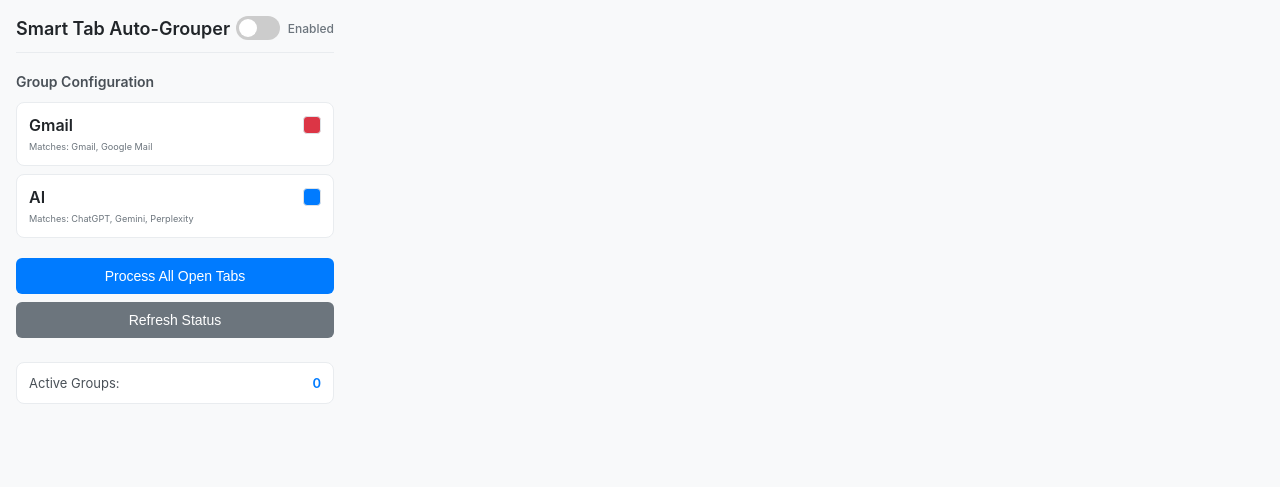
Repository: ZvonkoNS/smart-tab-grouper
Page: popup.html
These files come from the project's save history. The page is drawn as it stood at one moment and after the next save; the edit follows.
The browser window is 1280 px wide. The pictures show the whole page.

Above is the page before, as saved 2025-05-31 19:28:37.

After the next save:
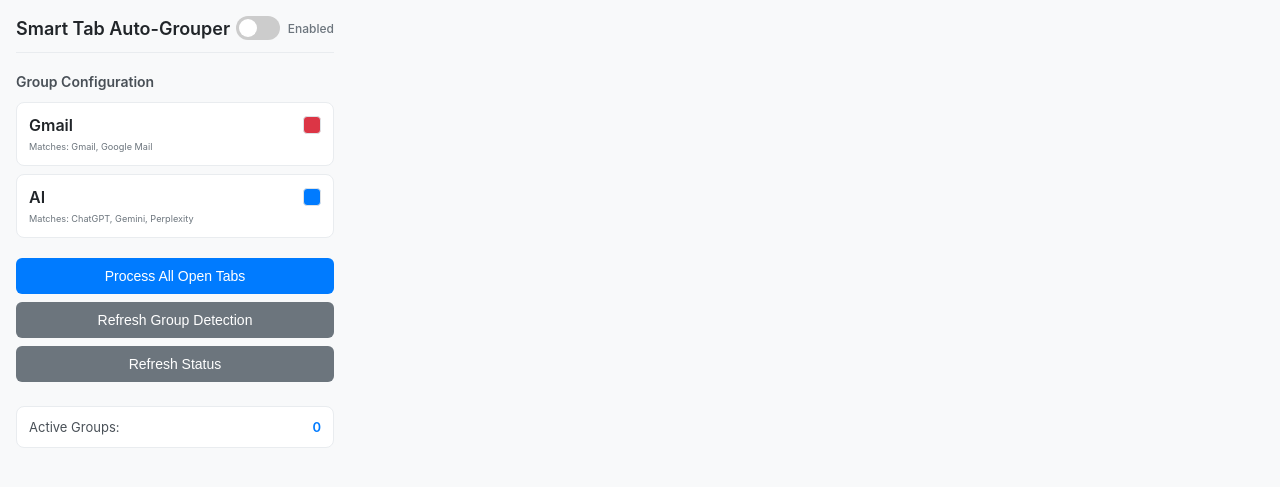
Saved 12 min 52 s later.
--- a/popup.html
+++ b/popup.html
@@ -1,4 +1,3 @@
-<!-- popup.html -->
 <!DOCTYPE html>
 <html>
 <head>
@@ -47,6 +46,9 @@
         <button id="processAllTabs" class="btn primary">
           Process All Open Tabs
         </button>
+        <button id="refreshGroups" class="btn secondary">
+          Refresh Group Detection
+        </button>
         <button id="refreshStatus" class="btn secondary">
           Refresh Status
         </button>
